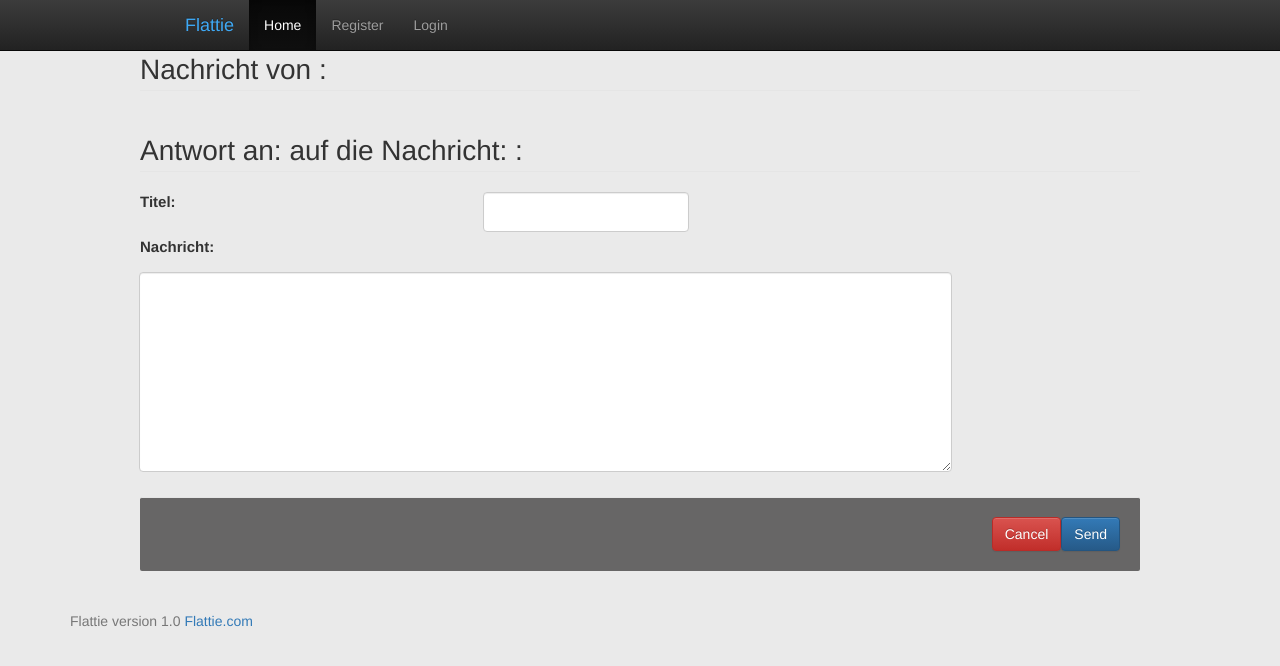
Repository: ese-unibe-ch/ese2014-team2
Page: http://localhost/Skeleton/pages/showMsg.jsp
An editor plug-in stored every save of this project. The page is shown before and after the next save, followed by the edit.
The browser window is 1280 px wide. The pictures show the whole page.
Some web libraries are served in a nearby version. The page is served by Tomcat 9. Nobody is signed in. The application's start-up code is not run. Other server files are loaded and not shown. The template is opened directly, without the code that normally fills it, so the values that code supplies are empty.

Above is the page before, as saved 2014-11-25 08:40:19.
Console error (its wording comes from the project's code and is left out).

### Skeleton/src/main/webapp/pages/showMsg.jsp
<%@ page language="java" pageEncoding="UTF-8"
	contentType="text/html;charset=utf-8"%>
<%@ taglib prefix="c" uri="http://java.sun.com/jsp/jstl/core"%>
<%@ taglib prefix="form" uri="http://www.springframework.org/tags/form"%>
<%@ taglib prefix="spring" uri="http://www.springframework.org/tags"%>


<c:import url="template/header.jsp" />


<div class="main">



	<form:form method="post" modelAttribute="messageForm" action="send" id="messageForm" cssClass="form-horizontal" autocomplete="off" enctype="multipart/form-data">
		<fieldset>

			<legend> Nachricht von ${recipient.firstName }  ${recipient.lastName }: </legend>
			<h2>${message.title }</h2>
					${message.messageText}


							<form:hidden path="recipientId" id="field-Answer"
								 value="${recipient.id }" />

			<legend>Antwort an: ${recipient.firstName }  ${recipient.lastName } auf die Nachricht: ${message.title}:&nbsp;&nbsp;</legend>
			<div class="row">
			<label class="col-md-4">Titel: </label>
				<div class="col-md-4">
					<form:input path="title" id="field-title"  maxlength="30" />
				</div>
			</div>

			<div class="row">
				<label class="col-md-4">Nachricht: </label>
			</div>
			<div class="row">
						<div class="textareabig">
							<form:textarea rows="10" cols="90" path="message" id="field-Message"  />
						</div>
			</div>



			<div class="form-actions">
							<button type="submit" class="btn btn-primary" id="send">Send</button>
					<a href="#" onclick="history.go(-2)">	<button type="button" class="btn btn-danger">Cancel</button></a>
			</div>

					</fieldset>

	</form:form>

</div>






<c:if test="${page_error != null }">
	<div class="alert alert-error">
		<button type="button" class="close" data-dismiss="alert">&times;</button>
		<h4>Error!</h4>
		${page_error}
	</div>
</c:if>


<c:import url="template/footer.jsp" />

### Skeleton/src/main/webapp/pages/template/header.jsp
<!DOCTYPE html>
<html lang="en">
<http use-expressions="true">



    	<meta charset="UTF-8">

    	<title>About Princesses and Castles</title>

    	<link rel="stylesheet" type="text/css" href="css/stylesheet.css" media="all"/>
    	<link rel="stylesheet" type="text/css" href="css/bootstrap.min.css" media="screen" />
    	<script type="text/javascript"  src="dn.com/bootstrap/3.2.0/js/bootstrap.min.js"></script>
    	<script type="text/javascript" src="http://code.jquery.com/jquery-2.1.1.min.js"></script>
		<script src="http://ajax.googleapis.com/ajax/libs/jquery/1.4.2/jquery.min.js?ver=1.4.2"></script>
    	<script src="js/login.js"></script>
    	<link rel="stylesheet" href="https://maxcdn.bootstrapcdn.com/bootstrap/3.3.0/css/bootstrap.min.css">
<link rel="stylesheet" href="https://maxcdn.bootstrapcdn.com/bootstrap/3.3.0/css/bootstrap-theme.min.css">

    	<!-- HTML5 shim, for IE6-8 support of HTML5 elements -->
    	<!--[if lt IE 9]>
    	<script src="http://html5shim.googlecode.com/svn/trunk/html5.js"></script>
    	<![endif]-->
<!--   WASTE!
    	<style>
        	body {
         	   padding-top: 60px; /* 60px to make the container go all the way to the bottom of the topbar */
        	}
    	</style>
    -->



</head>
<body>
<%@ page language="java" pageEncoding="UTF-8" contentType="text/html;charset=utf-8" %>
<%@ taglib prefix="c" uri="http://java.sun.com/jsp/jstl/core" %>
<%@ taglib prefix="form" uri="http://www.springframework.org/tags/form" %>
<%@ taglib prefix="spring" uri="http://www.springframework.org/tags" %>
<%@ taglib prefix="security" uri="http://www.springframework.org/security/tags" %>

   	  <link href="http://ajax.googleapis.com/ajax/libs/jqueryui/1.8/themes/ui-lightness/jquery-ui.css" rel="stylesheet" type="text/css"/>
      <script src="http://ajax.googleapis.com/ajax/libs/jquery/1.5/jquery.min.js"></script>
      <script src="http://ajax.googleapis.com/ajax/libs/jqueryui/1.8/jquery-ui.min.js"></script>

      <script>
      $(document).ready(function() {
        $("#datepicker").datepicker();
      });
      </script>

       <script>
      $(document).ready(function() {
        $("#datepicker2").datepicker();
      });
      </script>

<security:authorize access="isAnonymous()">
    <!-- Fixed navbar -->
    <nav class="navbar navbar-inverse navbar-fixed-top" role="navigation">
      <div class="container">
        <div class="navbar-header">
          <button type="button" class="navbar-toggle collapsed" data-toggle="collapse" data-target="#navbar" aria-expanded="false" aria-controls="navbar">
            <span class="sr-only">Toggle navigation</span>
            <span class="icon-bar"></span>
            <span class="icon-bar"></span>
            <span class="icon-bar"></span>
          </button>
          <a class="navbar-brand" href="/Skeleton" color="#3fa9f5">Flattie</a>
        </div>
        <div id="navbar" class="navbar-collapse collapse">
          <ul class="nav navbar-nav">
            <li class="active"><a href="/Skeleton">Home</a></li>
            <li><a href="register">Register</a></li>
            <li><a href="#" id="loginButton"><span>Login</span><em></em></a>
                <div style="clear:both"></div>
                <div id="loginBox">
                    <form id="loginForm" name="loginForm" action="<c:url value='j_spring_security_check' />" method="POST">
                        <fieldset id="body">
                            <fieldset>
                                <label for="email">Email Address</label>
                                <input type="text" name="j_username" id="email" placeholder="Email" />
                            </fieldset>
                            <fieldset>
                                <label for="password">Password</label>
                                <input type="password" name="j_password" id="password" placeholder="Password" />
                            </fieldset>
                            <input type="submit" id="login" value="Sign in" />
                            <label for="checkbox"><input type="checkbox" id="checkbox" />Remember me</label>
                        </fieldset>
                        <span><a href="#">Forgot your password?</a></span>
                    </form>
                </div></li>
          </ul>
        </div><!--/.nav-collapse -->
      </div>
    </nav>
</security:authorize>

<security:authorize access="isAuthenticated()">
	    <!-- Fixed navbar -->
    <nav class="navbar navbar-inverse navbar-fixed-top" role="navigation">
      <div class="container">
        <div class="navbar-header">
          <button type="button" class="navbar-toggle collapsed" data-toggle="collapse" data-target="#navbar" aria-expanded="false" aria-controls="navbar">
            <span class="sr-only">Toggle navigation</span>
            <span class="icon-bar"></span>
            <span class="icon-bar"></span>
            <span class="icon-bar"></span>
          </button>
          <a class="navbar-brand" href="/Skeleton">Flattie</a>
        </div>
        <div id="navbar" class="navbar-collapse collapse">
          <ul class="nav navbar-nav">
            <li><a href="myprofile">Profil</a></li>
            <li><a href="myinbox">Inbox</a></li>
            <li><a href="myads">Ads</a></li>
            <li><a href="bookmarks">Favoriten</a></li>
            <li><a href="logout">Logout</a></li>
          </ul>
        </div><!--/.nav-collapse -->
      </div>
    </nav>
</security:authorize>

<div id="push_header"></div>



<div id="container_background">
	<div class="container">

Loaded but not shown: Skeleton/src/main/webapp/pages/template/footer.jsp (common file); Skeleton/src/main/webapp/css/bootstrap.min.css (library); Skeleton/src/main/webapp/js/bootstrap.min.js (library); Skeleton/src/main/webapp/js/login.js (common file); Skeleton/src/main/webapp/css/stylesheet.css (2278 lines, source omitted)

After the next save:
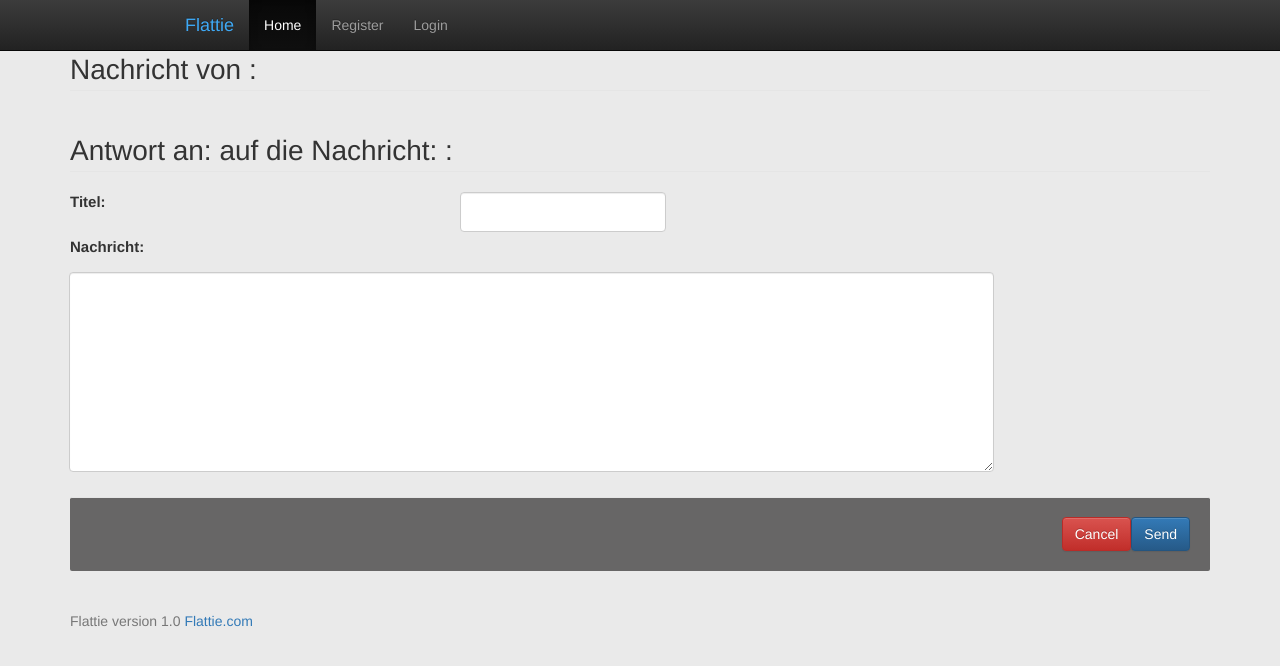
Saved 7 s later.
--- a/Skeleton/src/main/webapp/pages/showMsg.jsp
+++ b/Skeleton/src/main/webapp/pages/showMsg.jsp
@@ -8,7 +8,6 @@
 <c:import url="template/header.jsp" />
 
 
-<div class="main">
 
 
 
@@ -51,7 +50,6 @@
 
 	</form:form>
 
-</div>
 
 
 
